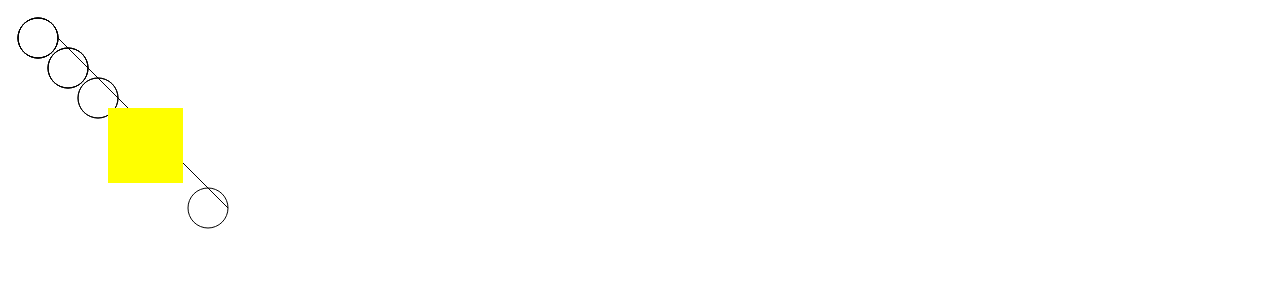
Repository: facio313/Python
Page: HELLO_PYTHON/day17/templates/canvas.html
The author's editor kept a copy of each file at every save. The page is drawn from the files as they stood at one save, then again after the next save.
The browser window is 1280 px wide. The pictures show the whole page.

Above is the page before, as saved 2022-12-15 10:35:07.

After the next save:
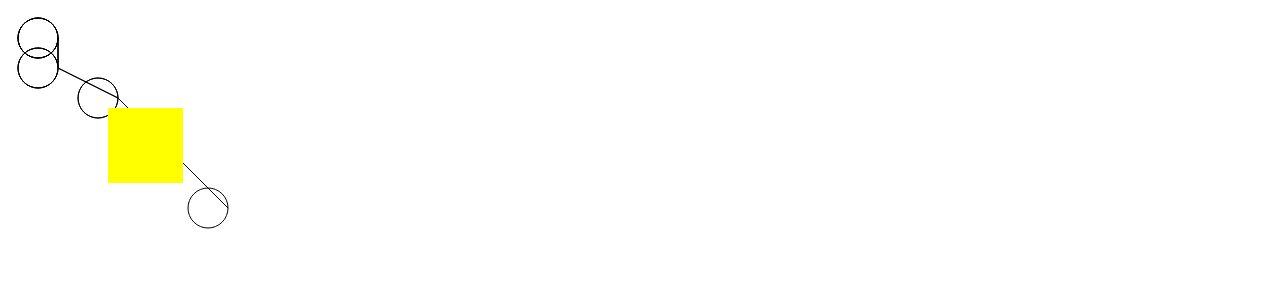
Saved 13 s later.
--- a/HELLO_PYTHON/day17/templates/canvas.html
+++ b/HELLO_PYTHON/day17/templates/canvas.html
@@ -13,7 +13,7 @@ function loader(){
 	ctx.arc(30, 30, 20, 0, Math.PI*2, false );
 	ctx.stroke();
 
-	ctx.arc(60, 60, 20, 0, Math.PI*2, false );
+	ctx.arc(30, 60, 20, 0, Math.PI*2, false );
 	ctx.stroke();
 
 	ctx.arc(90, 90, 20, 0, Math.PI*2, false );
